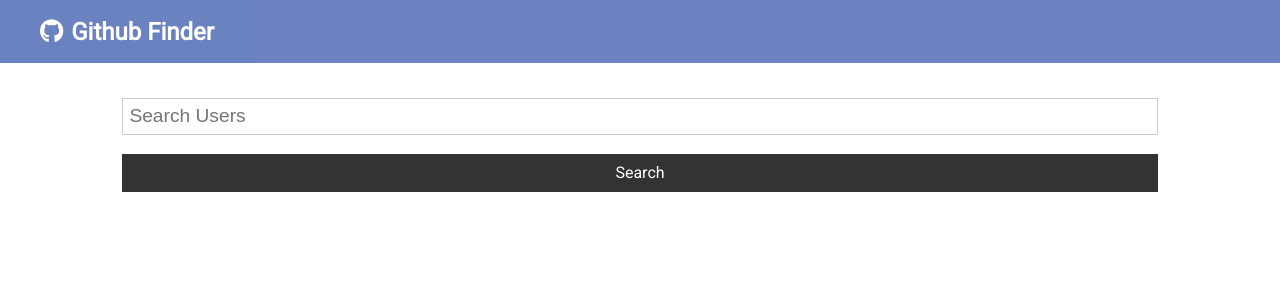
Repository: nuvallo/Github-Finder-Application
Page: / (app in app/)
The author's editor kept a copy of each file at every save. The page is drawn from the files as they stood at one save, then again after the next save.
The browser window is 1280 px wide. The pictures show the whole page.
Some web libraries are served in a nearby version. The project was rebuilt for these pictures with package versions that can differ from the ones it lists, and the page was loaded fresh each time. Also part of the build but not shown: app/src/components/users/UserItem.js, app/src/components/layout/Spinner.js.

Above is the page before, as saved 2020-03-19 21:34:40.

### app/public/index.html
<!DOCTYPE html>
<html lang="en">
  <head>
    <meta charset="utf-8" />
    <link rel="icon" href="%PUBLIC_URL%/favicon.ico" />
    <meta name="viewport" content="width=device-width, initial-scale=1" />
    <meta name="theme-color" content="#000000" />
    <meta
      name="description"
      content="Web site created using create-react-app"
    />
    <link rel="apple-touch-icon" href="%PUBLIC_URL%/logo192.png" />

    <link rel="manifest" href="%PUBLIC_URL%/manifest.json" />
    <title>Github Finder</title>
  </head>
  <body>
    <script
      src="https://kit.fontawesome.com/4a895a1c52.js"
      crossorigin="anonymous"
    ></script>
    <noscript>You need to enable JavaScript to run this app.</noscript>
    <div id="root"></div>
  </body>
</html>

### app/src/App.js
import React, { Component } from "react";
import Navbar from "./components/layout/Navbar";
import Users from "./components/users/Users";
import Search from "./components/users/Search";
import axios from "axios";
import "./App.css";

class App extends Component {
  state = {
    users: [],
    loading: false
  };

  // Search Users
  searchUsers = async text => {
    this.setState({ loading: true });
    const res = await axios.get(
      `https://api.github.com/search/users?q=${text}&client_id=${process.env.REACT_APP_GITHUB_CLIENT_ID}&client_secret=${process.env.REACT_APP_GITHUB_SECRET}`
    );

    this.setState({ users: res.data.items, loading: false });
  };

  render() {
    return (
      <div className="App">
        <Navbar />
        <div className="container">
          <Search searchUsers={this.searchUsers} />
          <Users loading={this.state.loading} users={this.state.users} />
        </div>
      </div>
    );
  }
}

export default App;

### app/src/components/layout/Navbar.js
import React from "react";
import PropTypes from "prop-types";

const Navbar = ({ icon, title }) => {
  return (
    <nav className="navbar bg-primary">
      <h1>
        <i className={icon} />
        {title}
      </h1>
    </nav>
  );
};

// Default props if none are passed
Navbar.defaultProps = {
  title: "Github Finder",
  icon: "fab fa-github p"
};

Navbar.propTypes = {
  title: PropTypes.string.isRequired,
  icon: PropTypes.string.isRequired
};

export default Navbar;

### app/src/components/users/Users.js
import React from "react";
import UserItem from "../users/UserItem";
import Spinner from "../layout/Spinner";
import PropTypes from "prop-types";

const Users = ({ users, loading }) => {
  if (loading) {
    return <Spinner />;
  } else {
    return (
      <div style={userStyle}>
        {users.map(user => {
          return <UserItem key={user.id} user={user} />;
        })}
      </div>
    );
  }
};

Users.propTypes = {
  users: PropTypes.array.isRequired,
  loading: PropTypes.bool.isRequired
};

const userStyle = {
  display: "grid",
  gridTemplateColumns: "repeat(3, 1fr)",
  gridGap: "1rem"
};

export default Users;

### app/src/components/users/Search.js
import React, { Component } from "react";
import PropTypes from "prop-types";

class Search extends Component {
  state = {
    text: ""
  };

  static propTypes = {
    searchUsers: PropTypes.func.isRequired
  };

  onChange = e => this.setState({ text: e.target.value });
  onSubmit = e => {
    e.preventDefault();
    this.props.searchUsers(this.state.text);
    this.setState({ text: "" });
  };

  render() {
    return (
      <div>
        <form className="form">
          <input
            type="text"
            name="text"
            placeholder="Search Users"
            value={this.state.text}
            onChange={this.onChange}
          />
          <button
            type="submit"
            value="Search"
            className="btn btn-dark btn-block"
            onClick={this.onSubmit}
          >
            Search
          </button>
        </form>
      </div>
    );
  }
}

export default Search;

Loaded but not shown: app/src/index.js (common file); app/src/App.css (common file)

After the next save:
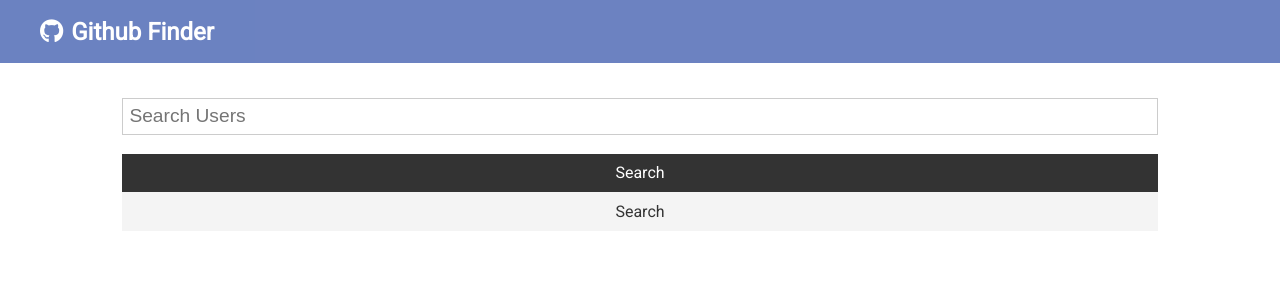
Saved 13 min 19 s later.
--- a/app/src/components/users/Search.js
+++ b/app/src/components/users/Search.js
@@ -37,6 +37,14 @@ class Search extends Component {
             Search
           </button>
         </form>
+        <button
+          type="submit"
+          value="Search"
+          className="btn btn-light btn-block"
+          onClick={this.onSubmit}
+        >
+          Search
+        </button>
       </div>
     );
   }
